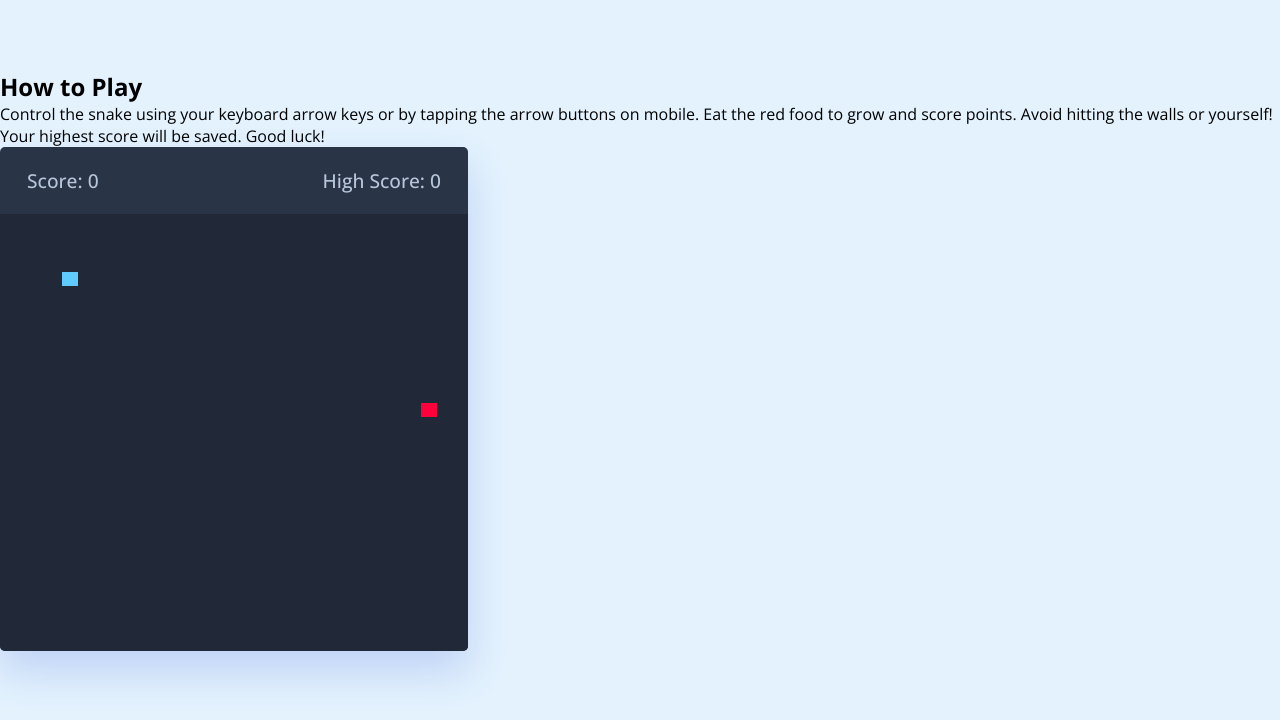
Repository: BinaryVortex/Snake-Game-React
Page: /
The author's editor kept a copy of each file at every save. The page is drawn from the files as they stood at one save, then again after the next save.
The browser window is 1280 px wide. The pictures show the whole page.
The project was rebuilt for these pictures with package versions that can differ from the ones it lists, and the page was loaded fresh each time.

Above is the page before, as saved 2025-08-12 09:12:42.

After the next save:
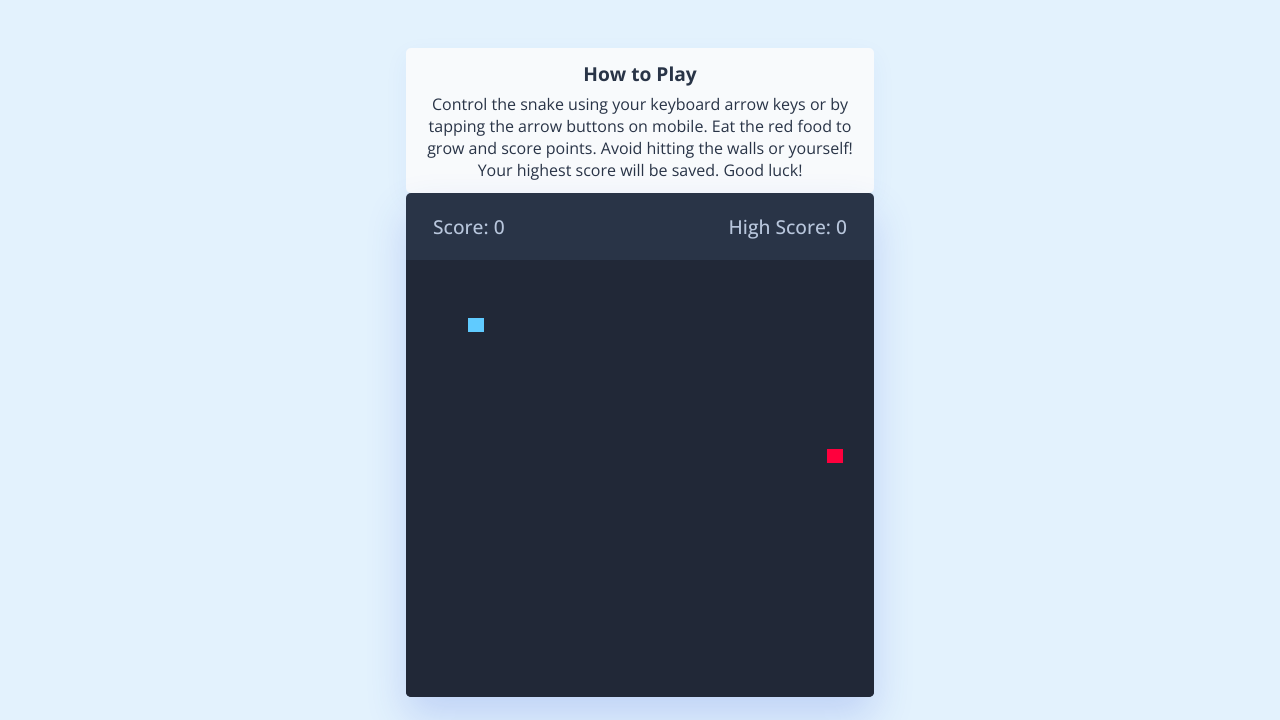
Saved 11 s later.
--- a/src/SnakeGame.sass
+++ b/src/SnakeGame.sass
@@ -12,6 +12,21 @@ body
   justify-content: center
   min-height: 100vh
   background: #e3f2fd
+
+.how-to-play
+  max-width: 65vmin
+  margin: 24px auto 0 auto
+  background: #f8fafc
+  border-radius: 5px
+  padding: 12px 20px
+  box-shadow: 0 8px 24px rgba(52, 87, 220, 0.06)
+  color: #293447
+  text-align: center
+  h2
+    font-size: 1.2rem
+    margin-bottom: 6px
+  p
+    font-size: 1rem
 
 .wrapper
   width: 65vmin
@@ -69,3 +84,8 @@ body
     i
       padding: 15px 0
       font-size: 1rem
+
+  .how-to-play
+    max-width: 90vmin
+    font-size: 0.95rem
+    padding: 10px 10px
